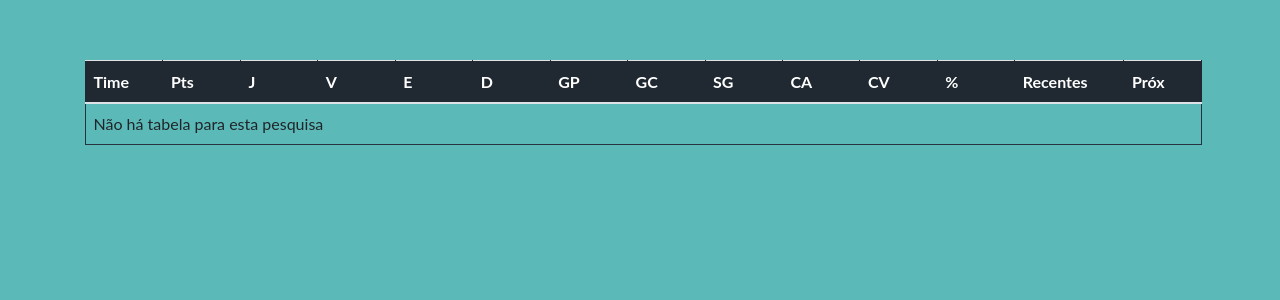
Repository: danielvieira7/campeonato-brasileiro-embed
Page: index.html
These files come from the project's save history. The page is drawn as it stood at one moment and after the next save; the edit follows.
The browser window is 1280 px wide. The pictures show the whole page.
The page's requests for data from a server got no answer. Some web libraries are served in a nearby version.

Above is the page before, as saved 2021-02-12 00:17:04.

After the next save:
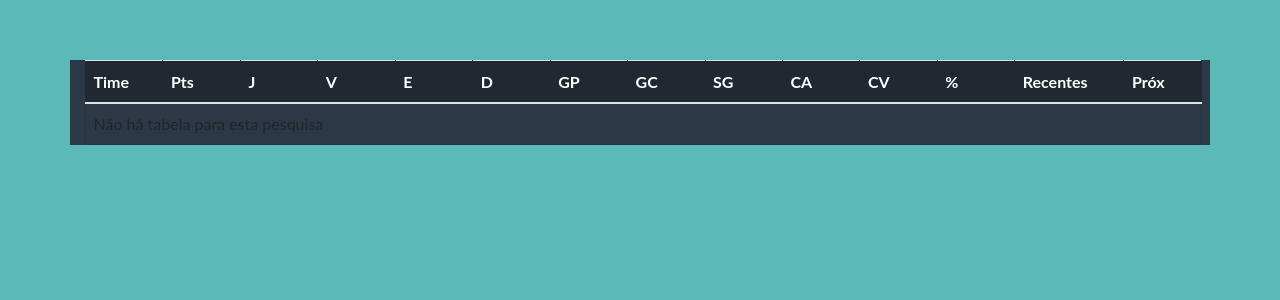
Saved 65 s later.
--- a/style-dark-theme.css
+++ b/style-dark-theme.css
@@ -28,7 +28,7 @@ p {
     margin: 20px 0 60px;
 }
 
-main {
+.container {
     background-color: #2C3845;
 }
 
